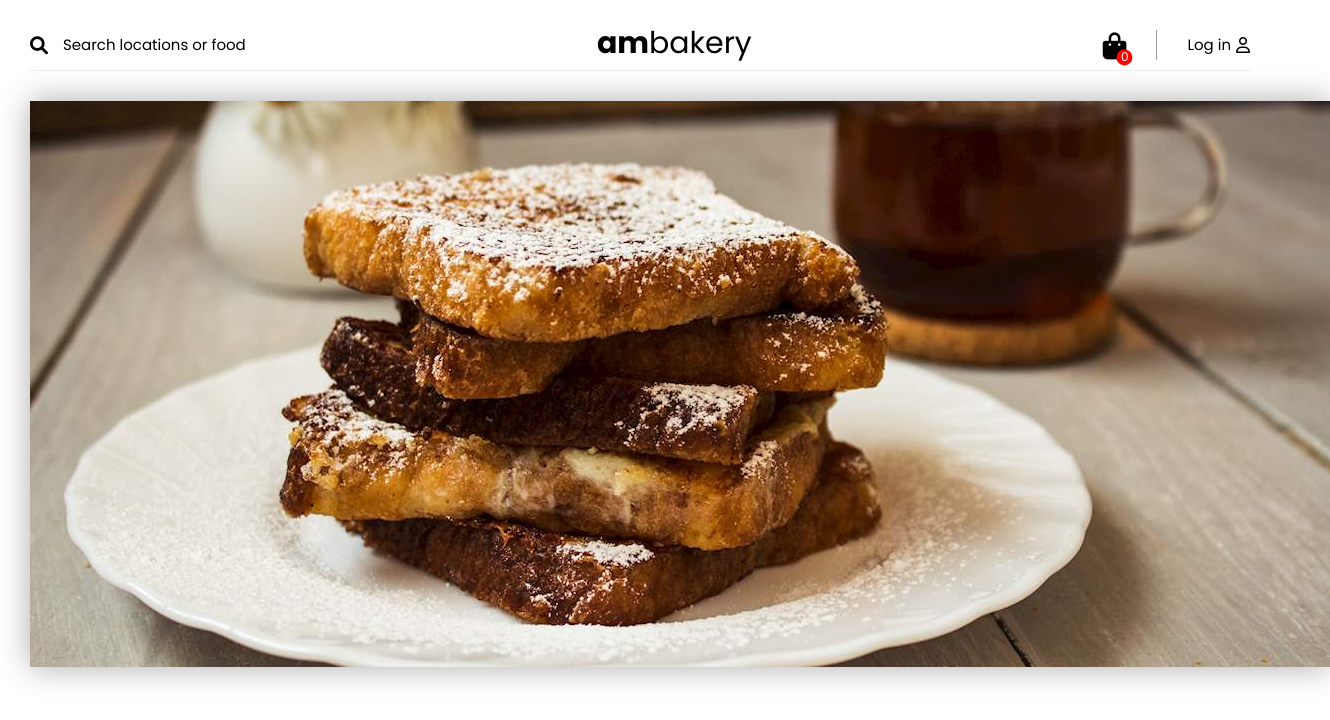
Repository: ntsanq/AmBakery
Page: khachhang/index.html
An editor plug-in stored every save of this project. The page is shown before and after the next save, followed by the edit.
The browser window is 1280 px wide. The page is 1330 px wide, so the pictures cover 1330 px, including what lies to the right of the window. The pictures show the whole page.

Above is the page before, as saved 2021-12-11 14:33:30.

### khachhang/index.html
<!DOCTYPE html>
<html lang="en">
<head>
  <meta charset="UTF-8">
  <meta http-equiv="X-UA-Compatible" content="IE=edge">
  <meta name="viewport" content="width=device-width, initial-scale=1.0">
  <title>Document</title>
  <!-- GOOGLE FONT  -->
  <link href="https://fonts.googleapis.com/css2?family=Poppins:wght@300;400;500;600;700&family=Roboto:wght@500&display=swap0" rel="stylesheet">
    <!-- FONTAWESOME  -->
    <link rel="stylesheet" href="https://cdnjs.cloudflare.com/ajax/libs/font-awesome/6.0.0-beta3/css/all.min.css" integrity="sha512-Fo3rlrZj/k7ujTnHg4CGR2D7kSs0v4LLanw2qksYuRlEzO+tcaEPQogQ0KaoGN26/zrn20ImR1DfuLWnOo7aBA==" crossorigin="anonymous" referrerpolicy="no-referrer" />
  <link rel="stylesheet" href="./css/style.css">
</head>
<body>
  <header>
    <div class="header__left">
      <button class="btn header__search__btn">
        <i class="fas fa-search"></i>
      </button>
      <span>Search locations or food</span>
    </div>
    <div class="header__middle">
      <a href="#" class="header__logo">
        <!-- <img src="img/ta-logo-tamni.png" alt="TasteAtlas">         -->
        <span><b>am</b>bakery</span>
      </a>
    </div>

    <div class="header__right">

      <!-- <a href="#" class="btn header__submit">
        <span>submit info or photo</span>
      </a> -->
      <div class="header__cart">
        <i class="fas fa-shopping-bag"></i>
        <span>0</span>
      </div>
      <div class="vertical-line"></div>
      <a href="#" class="header__login">
        <span>Log in</span>
        <i class="far fa-user"></i>
      </a>


    </div>
    </header>

    <div class="container">
      <div class="banner">
          <img src="img/banner-1.jpg" alt="Pain perdu">
      </div>
      <main>

      </main>
    </div>
</body>
</html>

### khachhang/css/style.css
* {
  margin: 0;
  padding: 0;
}

*,
*::before,
*::after {
  box-sizing: inherit;
}

html {
  box-sizing: border-box;
  font-size: 62.5%;
}


body {
  font-family: "Poppins", sans-serif;
  font-weight: 400;
  line-height: 1.6rem;
  font-size: 1.4rem;
  margin: 3rem;
  position: relative;
}

header{
  width: 100%;
  font-family: inherit;
  display: flex;
  justify-content: space-between;
  align-items: center;
  font-size: 1.5rem;
  padding-bottom: 1rem;
  border-bottom: 1px solid rgba(221, 218, 218, 0.445);
}
a{
  text-decoration: none;
  color: black;
}
.vertical-line{
  width: 1px; /* Line width */
  background-color: rgba(0, 0, 0, 0.377); /* Line color */
  height: 3rem;
}
/* HEADER */
.btn{
  border: none;
  background-color: transparent;
}
.header__left{
  display: flex;
  justify-content: center;
  align-items: center;
  gap: 0 1.5rem;
}
.fa-search{
  font-size: 1.8rem;

}
.header__logo span{
  font-size: 3rem;
}
/* .header__logo img{
  width: 12.8rem;
  height: 2.8rem;
} */
.header__submit{
  border: 1px solid rgba(204, 204, 204, 0.555);
  padding: 1rem 2rem;
}
.header__right{
  display: flex;
  justify-content: center;
  align-items: center;
  gap: 0 3rem;
}
/* .header__submit span{
  text-transform: uppercase;
  font-family: "Roboto",sans-serif;
  font-weight: 500;
  display: inline-block;
  vertical-align: center;
} */
.header__login{
  display: flex;
  justify-content: center;
  align-items: center;
  gap: 0 0.5rem;
}
.fa-user{
  font-size: 1.6rem;
}
.header__cart{
  position: relative;
}
.header__cart span{
  font-size: 1.2rem;
  position: absolute;
  right: 0;
  bottom: 0;
  transform: translate(40%,40%);
  z-index: 100000;
  width: 1.6rem;
  height: 1.6rem;
  border-radius: 100rem;
  background-color: red;
  color: #fff;
  display: flex;
  justify-content: center;
  align-items: center;
}
.fa-shopping-bag{
  font-size: 2.7rem;
}

/* ///////////////////////////////////////////////
////////////////////// BANNER */
.container{
  width: 130rem;
  margin: 3rem auto;

}
.banner{
  display: flex;
  justify-content: center;
  align-items: center;
}
.banner img{
  box-shadow: 0rem 0rem 3rem 0rem  rgba(0, 0, 0, 0.336)
}

After the next save:
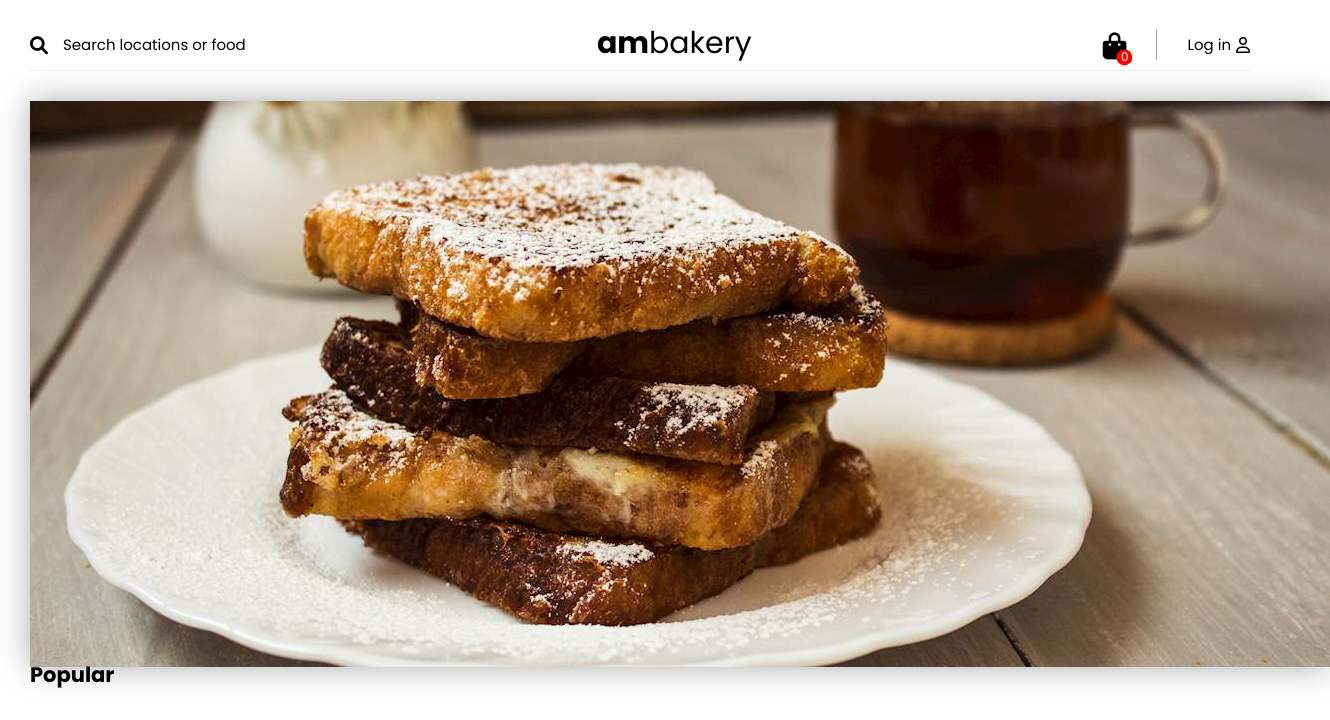
Saved 2 min 2 s later.
--- a/khachhang/index.html
+++ b/khachhang/index.html
@@ -50,7 +50,9 @@
           <img src="img/banner-1.jpg" alt="Pain perdu">
       </div>
       <main>
-
+        <div class="product">
+          <h2 class="product__heading"> Popular</h2>
+        </div>
       </main>
     </div>
 </body>
